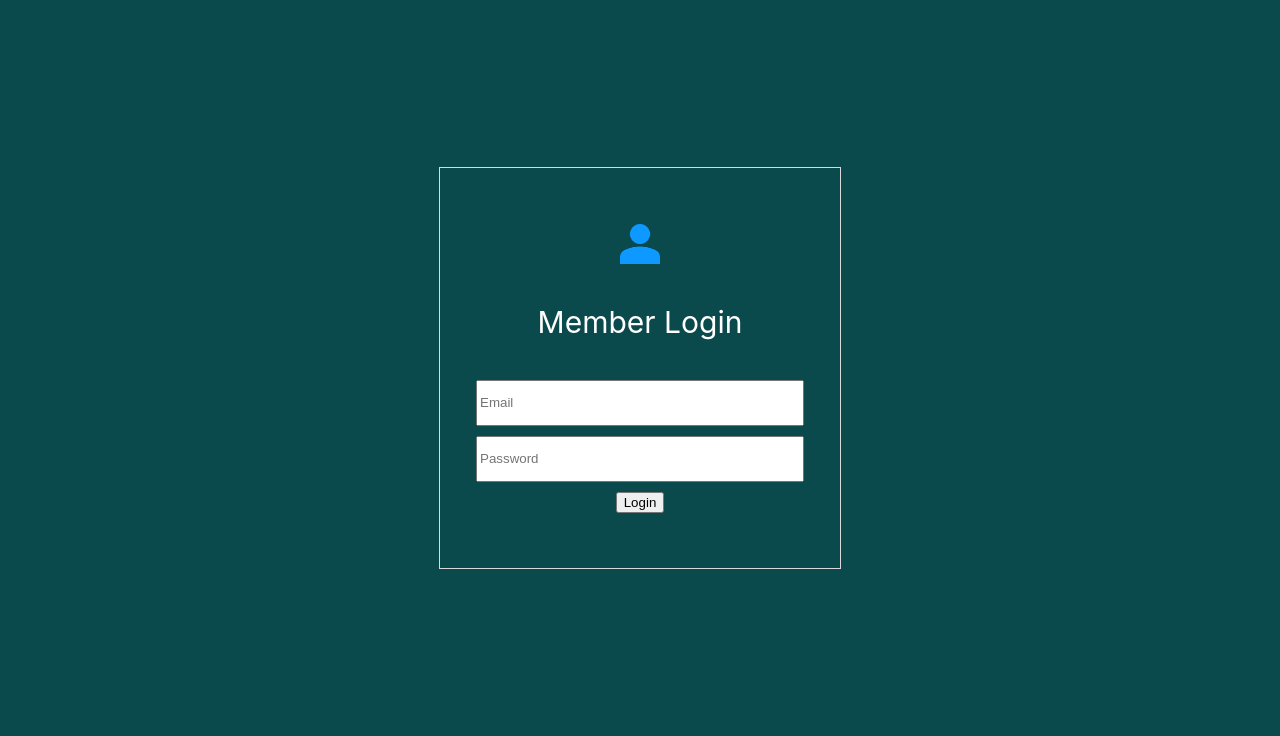
Repository: sheddy1/peter1
Page: work2.html
The author's editor kept a copy of each file at every save. The page is drawn from the files as they stood at one save, then again after the next save.
The browser window is 1280 px wide. The pictures show the whole page.

Above is the page before, as saved 2025-11-08 15:49:05.

### work2.html
<!DOCTYPE html>
<html lang="en">
<head>
    <meta charset="UTF-8">
    <meta name="viewport" content="width=device-width, initial-scale=1.0">
    <title>peters work1</title>
    <link rel="stylesheet" href="work2.css">
    <style>

    </style>
</head>
<body>
    <div class="login-box">
        <img src="Vector.png" alt="" class="vector">

        <p class="mem">Member Login</p>

        <input type="text" class="text1" placeholder="Email">

        <input type="password" class="text1" placeholder="Password">

        <button class="btn1">Login</button>
    </div>
</body>
</html>

### work2.css
body {
    background-color: #0A494C;
    display: flex;
    justify-content: center;
    align-items: center;
    min-height: 100vh;
}

.login-box {
    border: 1px solid #D9D9D9;
    width: 400px;
    height: 400px;
    display: flex;
    justify-content: center;
    align-items: center;
    flex-direction: column;
    gap: 10px;
}

.vector{
    height: 40px;
    width: 40px;
}

.mem{
    color: #FFFFFF;
    font-family: inter;
    font-size: 30px;
    ;
}

.text1{
    width: 80%;
    height: 40px;
    color: #1E1E1E;
}

btn1{
    background-color: #026A79;
}

After the next save:
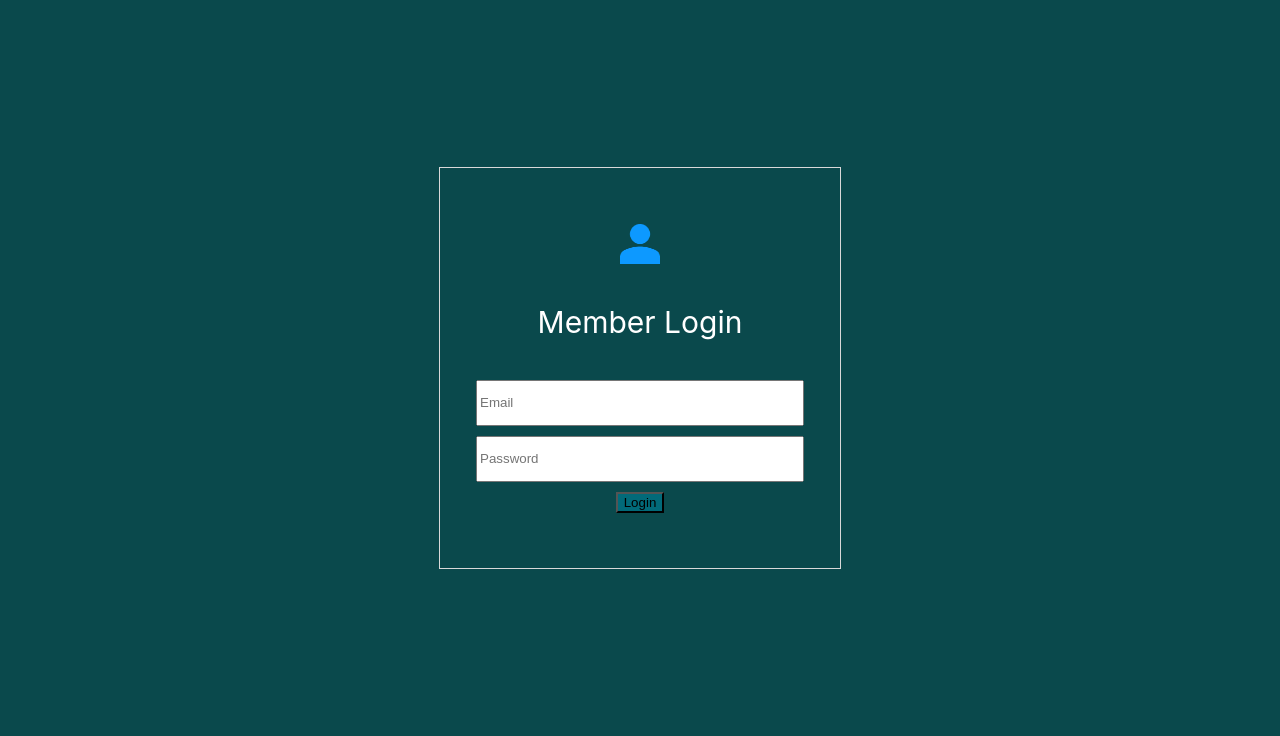
Saved 4 s later.
--- a/work2.css
+++ b/work2.css
@@ -35,6 +35,6 @@ body {
     color: #1E1E1E;
 }
 
-btn1{
+.btn1{
     background-color: #026A79;
 }
